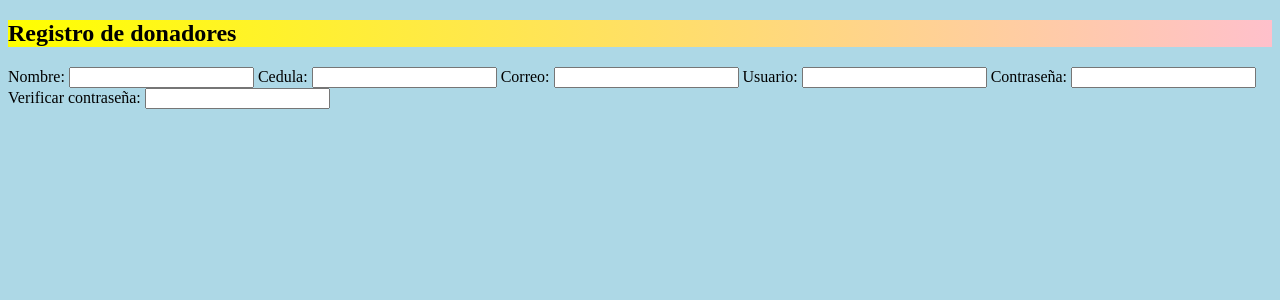
Repository: sonicspeed1/examen1_codigo_bryansantillan
Page: http://localhost/examen_1_bryan_santillan/registro_donadores.jsp
An editor plug-in stored every save of this project. The page is shown before and after the next save, followed by the edit.
The browser window is 1280 px wide. The pictures show the whole page.
The page is served by Tomcat 9.

Above is the page before, as saved 2024-05-25 17:37:35.

After the next save:
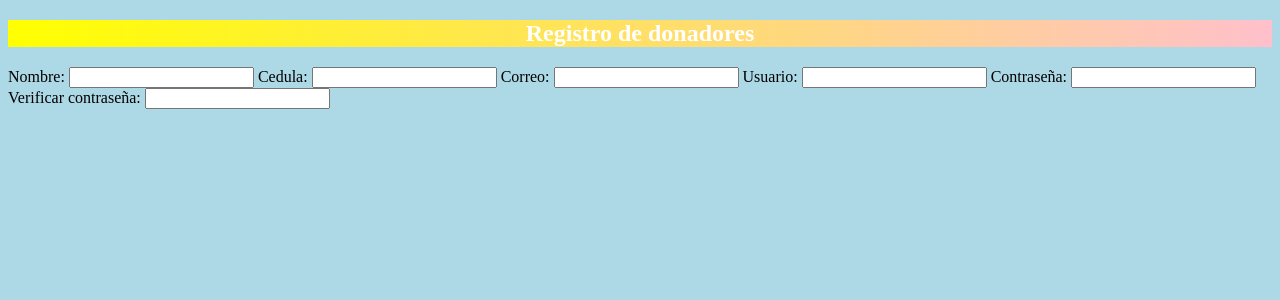
Saved 38 s later.
--- a/examen_1_bryan_santillan/src/main/webapp/estilo.css
+++ b/examen_1_bryan_santillan/src/main/webapp/estilo.css
@@ -17,6 +17,8 @@
 }
 .cuadro3{
 	    background: linear-gradient(to right,yellow,pink);
+	    text-align:center;
+	    color: white;
 }
 .titulo{
 	color: white;
